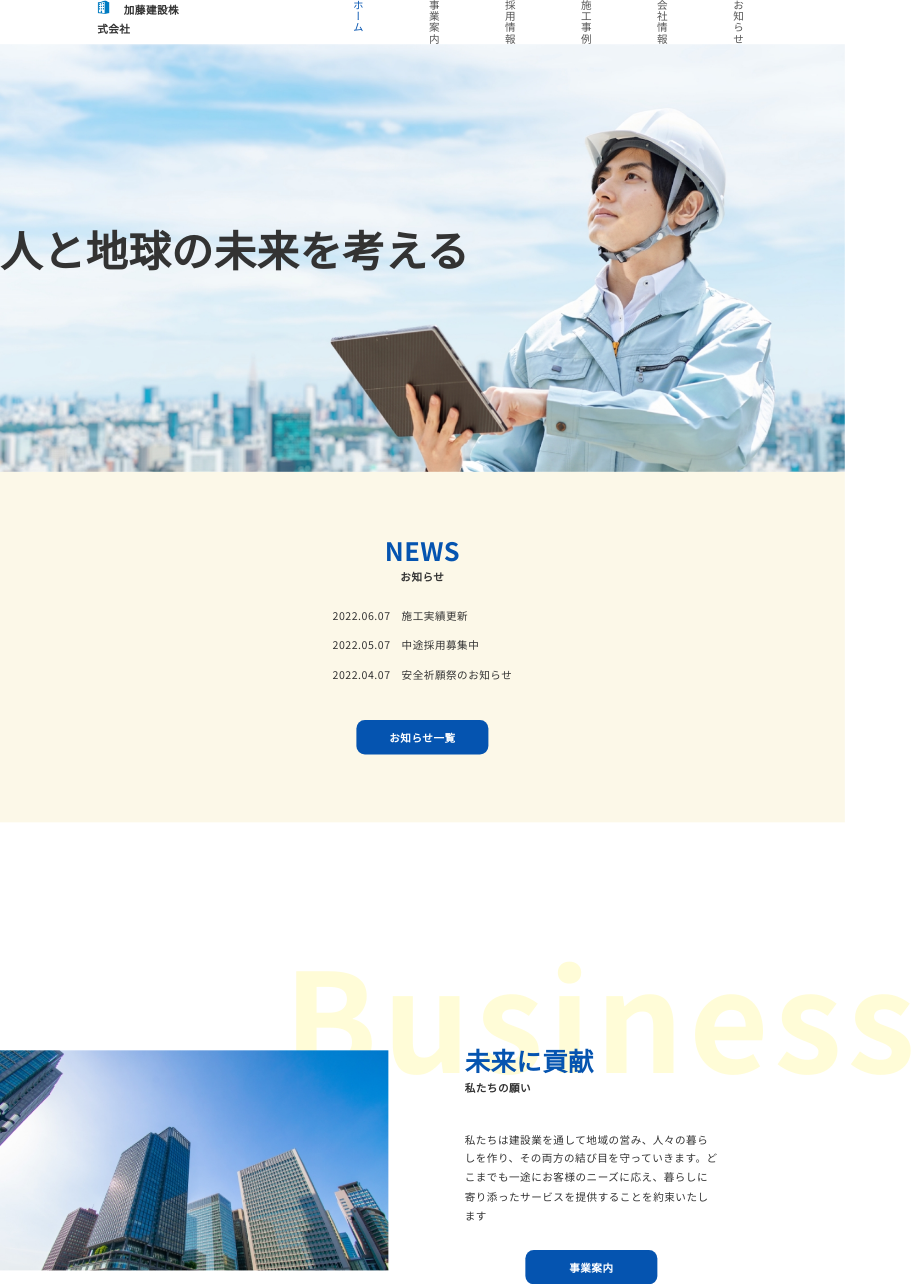
Repository: nozomi-23/hp1_test
Page: index.html
An editor plug-in stored every save of this project. The page is shown before and after the next save, followed by the edit.
The browser window is 1280 px wide. The page is 1395 px wide, then 1280 px, then 1395 px, so the pictures cover 1395 px, including what lies to the right of the window. The pictures show the whole page, at 66% of full size.

Above is the page before, as saved 2022-06-12 15:02:41.

### index.html
<!DOCTYPE html>
<html lang="ja">
<head>
<meta charset="UTF-8">
<title>加藤建設 株式会社</title>
<meta name="description" content="人と地球の未来を考える 加藤建設 株式会社">
<meta name="keywords" content="建築,土木,インフラ">
<meta name="viewport" content="width=device-width, initial-scale=1.0">
<meta property="og:title" content="建築依頼なら「加藤建設 株式会社」">
<meta property="og:type" content="article">
<meta property="og:url" content="https://withcode-plus.tech">
<meta property="og:image" content="img/logo.png">
<meta property="og:description" content="確かな技術力が自慢、インフラから地域貢献まで加藤建設にお任せ下さい">
<meta property="og:site_name" content="加藤建設 株式会社">
<link rel="icon" href="img/favicon.ico">
<link rel="apple-touch-icon" sizes="180x180" href="img/logo.png">
<link rel="preconnect" href="https://fonts.googleapis.com">
<link rel="preconnect" href="https://fonts.gstatic.com" crossorigin>
<link href="https://fonts.googleapis.com/css2?family=Noto+Sans+JP:wght@400;500;700&family=Noto+Serif+JP&display=swap"
  rel="stylesheet">
<link rel="stylesheet" type="text/css" href="css/reset.css">
<link rel="stylesheet" type="text/css" href="css/common1.css">
<link rel="stylesheet" type="text/css" href="css/index.css">
</head>
<body>
  <!-- =========header -->
  <header>
    <div class="header_wrapper">
      <div class="header_inner">
        <h1 class="header_left">加藤建設株式会社</h1>
        <nav class="header_right" >
          <ul class="header_list">
            <li><a href="#" class="color">ホーム</a></li>
            <li><a href="html/business.html">事業案内</a></li>
            <li><a href="html/recruit.html">採用情報</a></li>
            <li><a href="html/work.html">施工事例</a></li>
            <li><a href="html/company.html">会社情報</a></li>
            <li><a href="html/news.html">お知らせ</a></li>
          </ul>
        </nav>
      </div>
    </div>
  </header>
  <!-- =========main_view -->
  <main>
    <section class="main_wrapper">
      <div class="main_txt">
        <h3>人と地球の未来を考える</h3>
      </div>
    </section>
    <!-- =========news -->
    <section class="news section section_color">
      <div class="news_wrapper">
        <h2 class="title">NEWS<br>
          <small>お知らせ</small></h2>
        <ul class="news_list">
          <li>2022.06.07&emsp;施工実績更新</li>
          <li>2022.05.07&emsp;中途採用募集中</li>
          <li>2022.04.07&emsp;安全祈願祭のお知らせ</li>
        </ul>
        <div class="btn">
          <a href="html/news.html">お知らせ一覧</a>
        </div>
      </div>
    </section>
    <!-- =========business -->
    <section class="business section">
      <div class="business_wrapper">
        <div class="business_all">
          <div class="business_bg_wrapper">
            <div class="business_bg">
              <div class="business_bg_item">
                <p>Business</p>
              </div>
            </div>
          </div>
          <div class="business_block_wrapper">
            <div class="business_block_1">
              <img src="img/bussines_top.png" alt="事業案内画像">
            </div>
            <div class="business_block_2">
              <h2 class="title">未来に貢献<br>
                <small>私たちの願い</small>
              </h2>
              <p>私たちは建設業を通して地域の営み、人々の暮らしを作り、その両方の結び目を守っていきます。どこまでも一途にお客様のニーズに応え、暮らしに寄り添ったサービスを提供することを約束いたします</p>
              <div class="btn">
                <a href="html/business.html">事業案内</a>
              </div>
            </div>
          </div>
        </div>

      </div>
    </section>
  </main>
</body>
</html>

### css/reset.css
@charset "UTF-8";

html,
body,
div,
span,
object,
iframe,
h1,
h2,
h3,
h4,
h5,
h6,
p,
blockquote,
pre,
abbr,
address,
cite,
code,
del,
dfn,
em,
img,
ins,
kbd,
q,
samp,
small,
strong,
sub,
sup,
var,
b,
i,
dl,
dt,
dd,
ol,
ul,
li,
fieldset,
form,
label,
legend,
table,
caption,
tbody,
tfoot,
thead,
tr,
th,
td,
article,
aside,
canvas,
details,
figcaption,
figure,
footer,
header,
hgroup,
menu,
nav,
section,
summary,
time,
mark,
audio,
video {
  margin: 0;
  padding: 0;
  border: 0;
  outline: 0;
  font-size: 100%;
  vertical-align: baseline;
  background: transparent;
}

body {
  line-height: 1;
}

article,
aside,
details,
figcaption,
figure,
footer,
header,
hgroup,
menu,
nav,
section {
  display: block;
}

nav ul {
  list-style: none;
}

blockquote,
q {
  quotes: none;
}

blockquote:before,
blockquote:after,
q:before,
q:after {
  content: '';
  content: none;
}

a {
  margin: 0;
  padding: 0;
  font-size: 100%;
  vertical-align: baseline;
  background: transparent;
}

/* change colours to suit your needs */
ins {
  background-color: #ff9;
  color: #000;
  text-decoration: none;
}

/* change colours to suit your needs */
mark {
  background-color: #ff9;
  color: #000;
  font-style: italic;
  font-weight: bold;
}

del {
  text-decoration: line-through;
}

abbr[title],
dfn[title] {
  border-bottom: 1px dotted;
  cursor: help;
}

table {
  border-collapse: collapse;
  border-spacing: 0;
}

/* change border colour to suit your needs */
hr {
  display: block;
  height: 1px;
  border: 0;
  border-top: 1px solid #cccccc;
  margin: 1em 0;
  padding: 0;
}

input,
select {
  vertical-align: middle;
}

### css/common1.css
@charset "UTF-8";

body {
  color: #333;
  letter-spacing: 0.05em;
  line-height: 1.8;
  font-family: 'Noto Sans JP', sans-serif ,'Noto Serif JP', serif;
  word-break: break-all;
}
li {
  list-style: none;
}

a {
  text-decoration: none;
}
.section {
  padding: 8% 0;
  position: relative;
}


/* タイトル */
.title {
  color: #0554B0;
  font-weight: bold;
  font-size: 2.4rem;
  line-height: 0.8;
}
.title small {
  font-size: 1rem;
  color: #333;
}
/* ボタン */
.btn {
  background-color: #0554B0;
  width: 200px;
  margin: 0 auto;
  line-height: 2;
  border-radius: 0.8rem;
}
.btn a {
  display: block;
  color: #fff;
  font-weight: bold;
  padding: 5%;
  text-align: center;
}
.btn:hover {
  opacity: 0.5;
}

### css/index.css
@charset "UTF-8";

/* =================
header
===================*/
.header_wrapper {
  display: flex;
  justify-content: center;
}
.header_inner {
  width: 77%;
  display: flex;
  justify-content: space-between;

}
.header_list {
  display: table;
}
.header_list li {
  display: table-cell;
  writing-mode: vertical-rl;
}
.header_list li a {
  color: #555;
}
.header_list li a:hover {
  opacity: 0.5;
}
.header_list li a.color {
  color: #0554B0;
}

.header_left::before {
  content: "";
  background: url(../img/name_icon.png) no-repeat ;
  background-size: contain;
  width: 30%;
  height: 30%;
  z-index: 1;
  display: inline-block;
}

/* =================
main_view
===================*/
.main_wrapper {
  background: url(../img/top_img.png)no-repeat center;
  background-size: cover;
  width: 100%;
  height: 90vh;
}
.main_txt {
  font-size: 4rem;
  font-weight: normal;
  font-family: 'Noto Serif JP';
  position: relative;
  top: 40%;
}
/* =================
news
===================*/
.section_color {
  background-color: #FCF8E8;
}
.news {
  text-align: center;
  display: block;
}

.news_list {
  padding: 3%;
  text-align: left;
  display: inline-block;

}
.news_list li {
  margin-bottom: 1rem;
}
/* =================
business
===================*/
.business_all {
  position: relative;
}
.business_block_wrapper {
  width: 100%;
  height: auto;
  display: flex;
  justify-content: space-between;
  position: absolute;
  top: 65%;
}


.business_block_1 {
  width: 46%;
}
.business_block_1 img{
  width: 100%;
  height: auto;
}
.business_block_2 {
  width: 30%;
  margin-right: 15%;
}
.business_block_2 title {
  text-align: ;
}
.business_block_2 p {
  padding: 15% 0 10% 0;
}
.business_bg {
  width: 80%;
}
.business_bg_wrapper {
  width: 83%;
  margin-left: auto;
}
.business_bg_item {
  width: 100%;
  /* background-color: aqua; */
}
.business_bg {
  margin-left: auto;
}
.business_bg_item p {
  color: rgba(255, 245, 109, 0.27);
  font-size: 13rem;
  font-weight: 700;
  white-space: nowrap;
  letter-spacing: 0.5rem;
  }

After the next save:
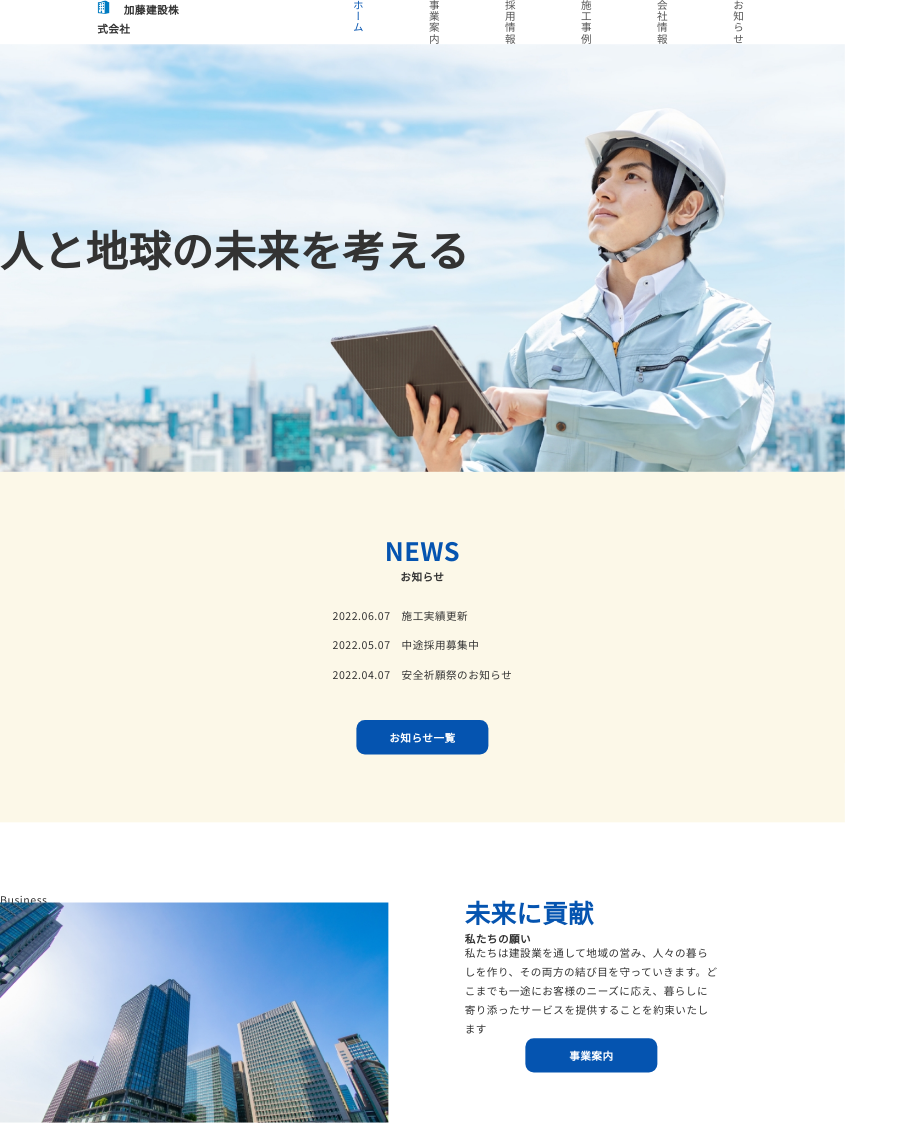
Saved 28 s later.
--- a/css/index.css
+++ b/css/index.css
@@ -104,8 +104,7 @@ business
   margin-right: 15%;
 }
 .business_block_2 title {
-  text-align: ;
-}
+
 .business_block_2 p {
   padding: 15% 0 10% 0;
 }

After the save that followed:
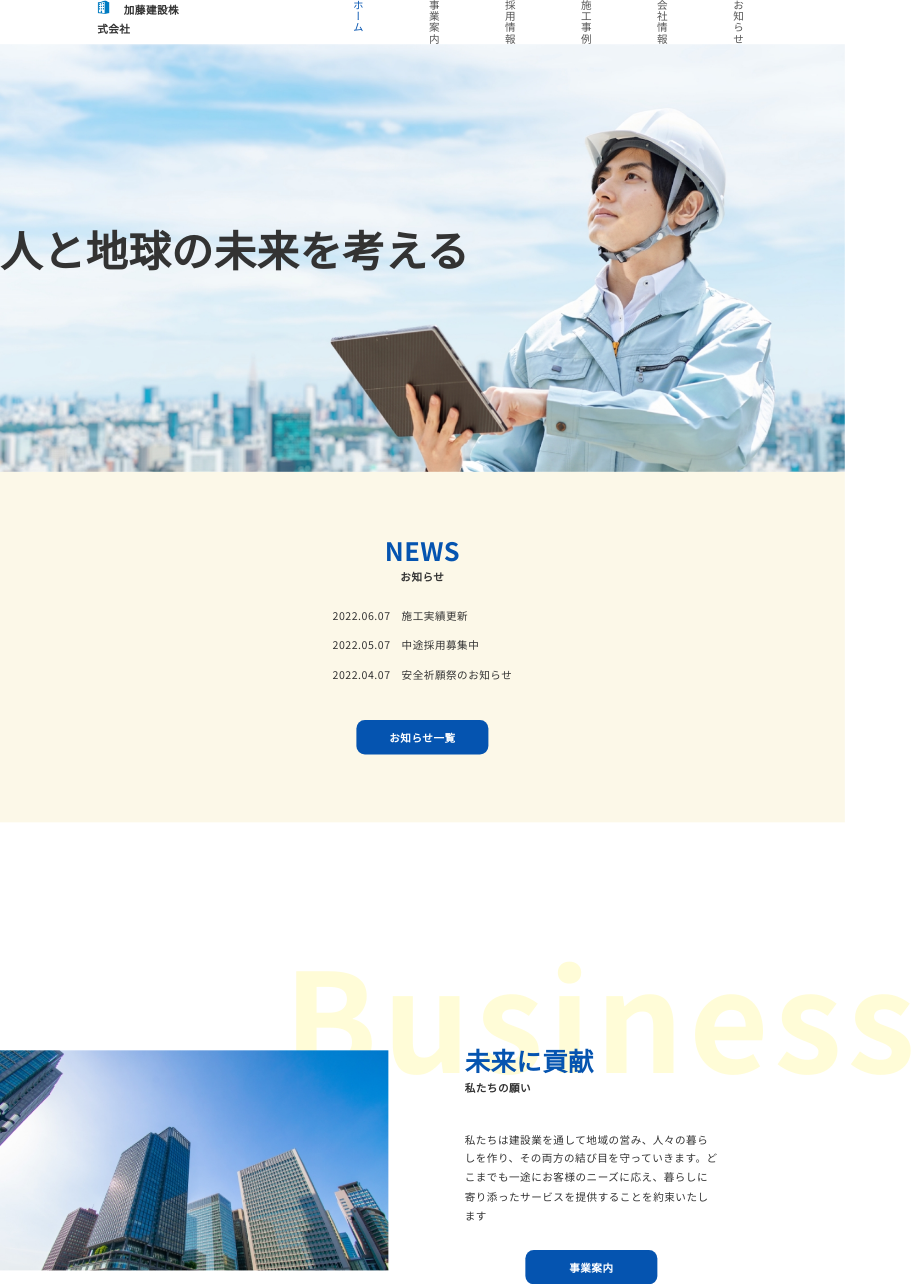
Saved 4 s later.
--- a/css/index.css
+++ b/css/index.css
@@ -103,7 +103,6 @@ business
   width: 30%;
   margin-right: 15%;
 }
-.business_block_2 title {
 
 .business_block_2 p {
   padding: 15% 0 10% 0;
